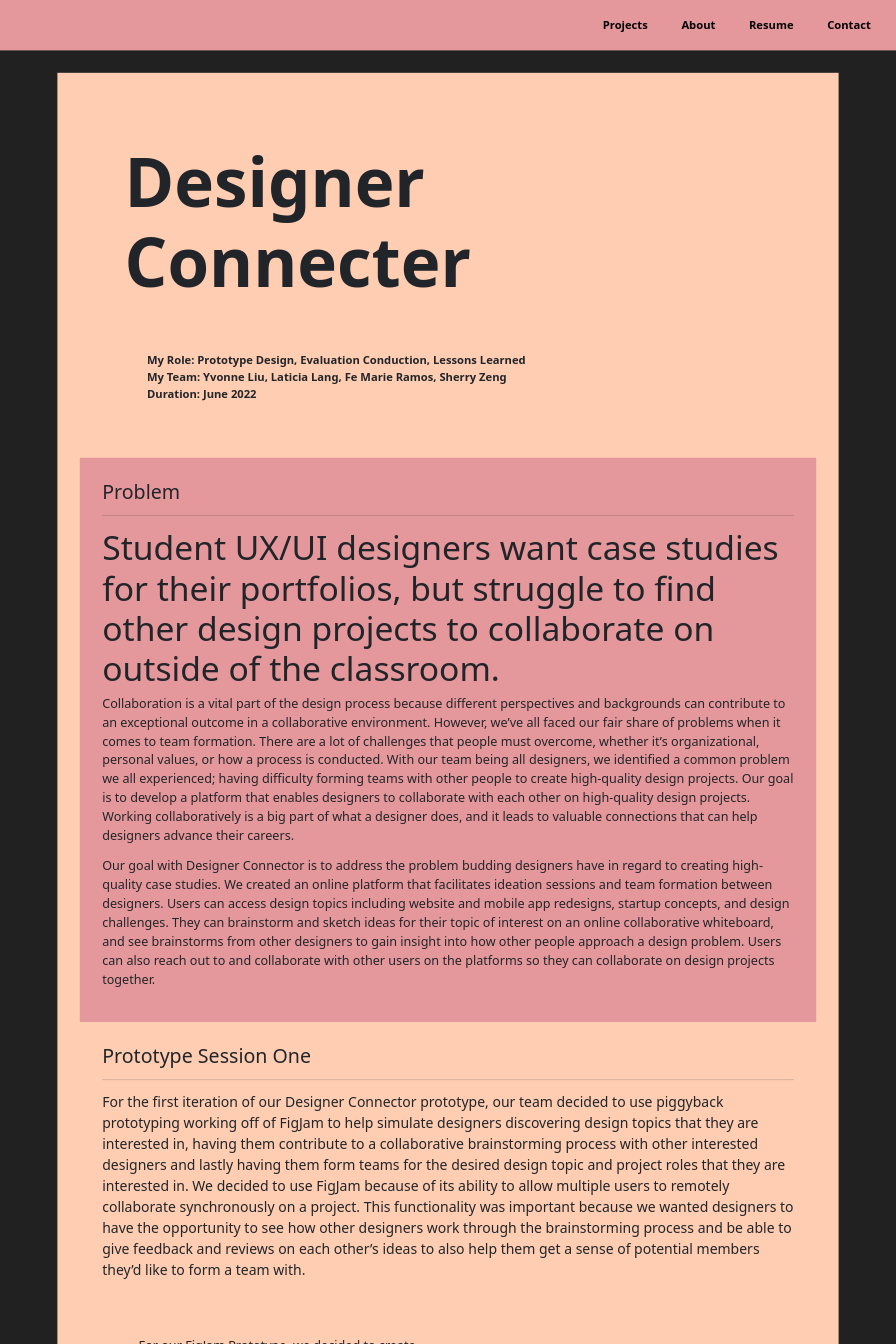
Repository: thais-chen/Portfolio
Page: designer.html
An editor plug-in stored every save of this project. The page is shown before and after a run of saves, followed by the edit.
The browser window is 1280 px wide. The pictures show the part of the page from y = 0 to 1920 px (the page is 11273 px tall), at 70% of full size.
A picture or video elsewhere on the page could not be fetched, so the positions and the page height are approximate.

Above is the page before, as saved 2022-06-21 03:17:37.

After the next 2 saves:
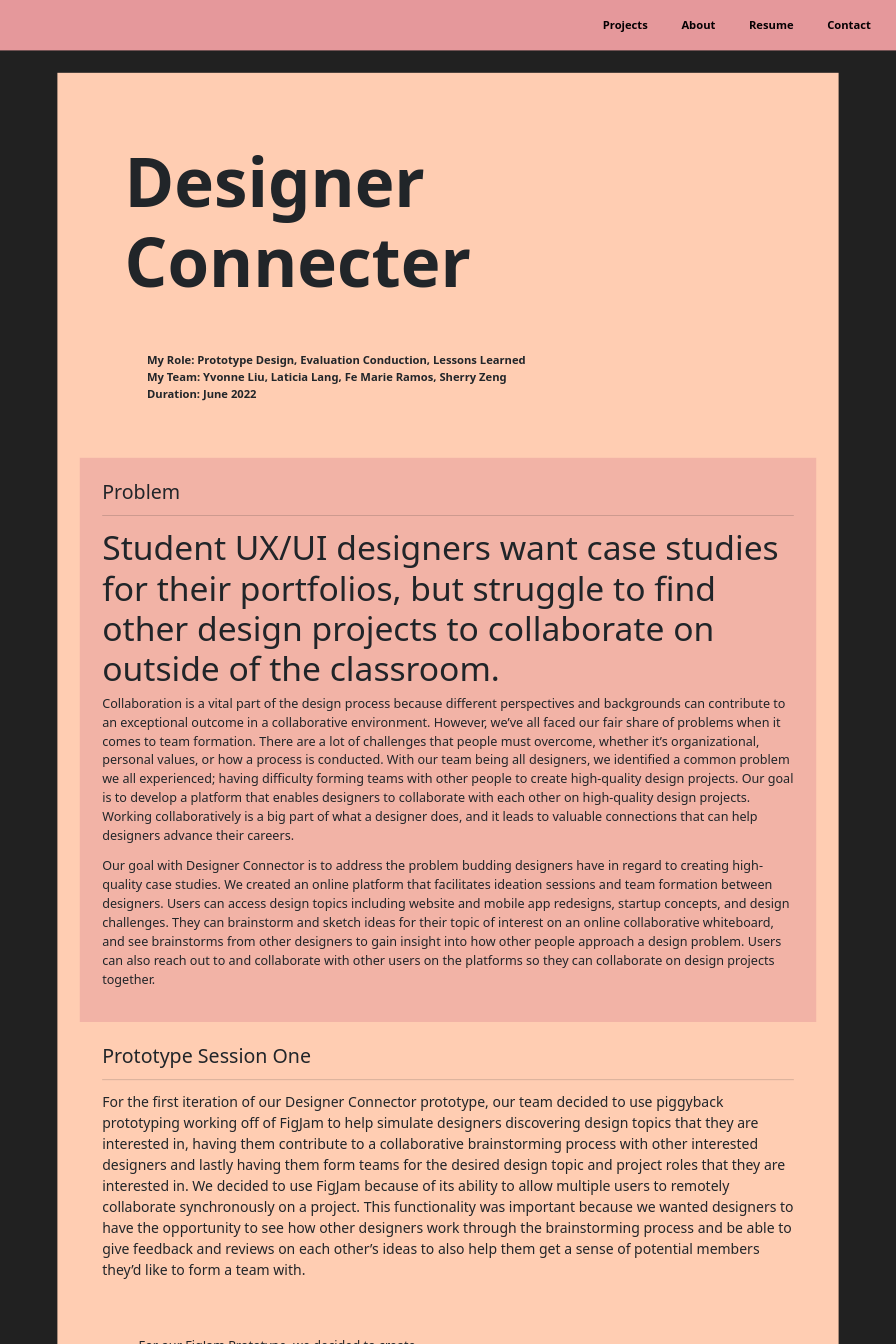
The 2 saves are shown as one change because they came seconds apart.
The last was saved 6 s later.
--- a/designer.css
+++ b/designer.css
@@ -53,5 +53,5 @@ a:hover {
 }
 
 .setting-prob{
-    background-color: #e5989b;
+    background-color: #e5989b7e;
 }
